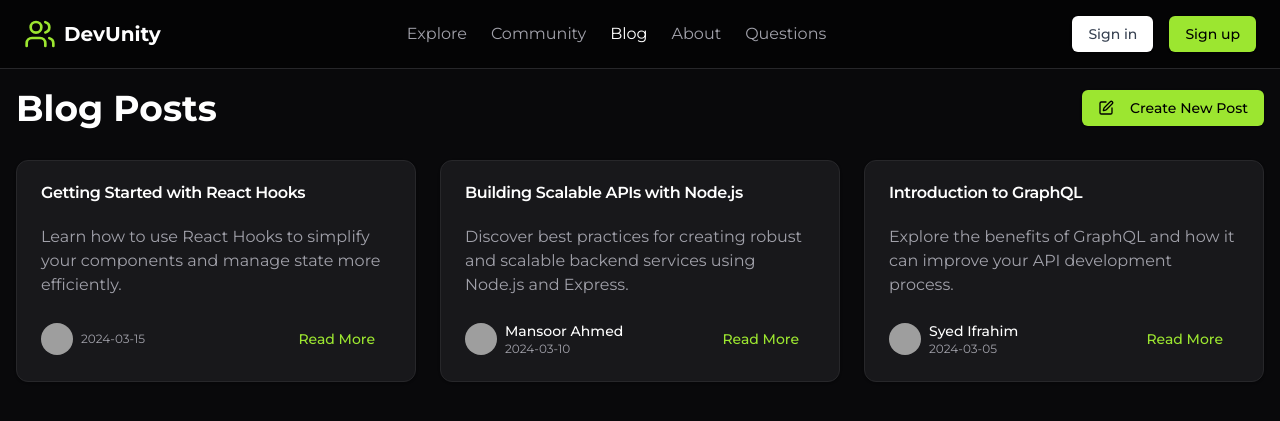
Repository: asadullah48/asadullahshafique_devunity
Page: /blogs
An editor plug-in stored every save of this project. The page is shown before and after the next save, followed by the edit.
The browser window is 1280 px wide. The pictures show the whole page.
Pictures or frames that could not be fetched are drawn as grey boxes. The project was rebuilt for these pictures with package versions that can differ from the ones it lists, and the page was loaded fresh each time. The framework's server and built-in components were replaced by stand-ins that run in the browser. Also part of the build but not shown: next.config.js, next.config.ts.

Above is the page before, as saved 2024-11-10 10:27:10.

### src/app/layout.tsx
import type { Metadata } from "next";
import "./globals.css";
import { Montserrat } from "next/font/google";
import Navbar from "@/components/Navbar";

const montserrat = Montserrat({ subsets: ["latin"] });

export const metadata: Metadata = {
  title: "DevUnity",
  description:
    "A collaborative platform for developers to share knowledge, answer questions, and publish blogs",
};

export default function RootLayout({
  children,
}: Readonly<{
  children: React.ReactNode;
}>) {
  return (
    <html lang="en">
      <body className={montserrat.className}>
        <Navbar />
        {children}
      </body>
    </html>
  );
}

### src/app/blogs/page.tsx
import Link from "next/link";
import { Button } from "@/components/ui/button";
import {
  Card,
  CardContent,
  CardFooter,
  CardHeader,
  CardTitle,
} from "@/components/ui/card";
import { Avatar, AvatarFallback, AvatarImage } from "@/components/ui/avatar";
import { PenSquare } from "lucide-react";

export default function BlogPage() {
  const blogPosts = [
    {
      title: "Getting Started with React Hooks",
      excerpt:
        "Learn how to use React Hooks to simplify your components and manage state more efficiently.",
      author: "",
      date: "2024-03-15",
      avatar: "/placeholder.svg?height=50&width=50",
    },
    {
      title: "Building Scalable APIs with Node.js",
      excerpt:
        "Discover best practices for creating robust and scalable backend services using Node.js and Express.",
      author: "Mansoor Ahmed",
      date: "2024-03-10",
      avatar: "/placeholder.svg?height=50&width=50",
    },
    {
      title: "Introduction to GraphQL",
      excerpt:
        "Explore the benefits of GraphQL and how it can improve your API development process.",
      author: "Syed Ifrahim ",
      date: "2024-03-05",
      avatar: "/placeholder.svg?height=50&width=50",
    },
  ];

  return (
    <div className="min-h-screen bg-zinc-950">
      <div className="container mx-auto px-4 py-8">
        <div className="flex justify-between items-center mb-8 mt-12 md:mt-14">
          <h1 className="text-2xl md:text-4xl font-bold text-white">
            Blog Posts
          </h1>
          <Button className="bg-[#9CE630] text-black hover:bg-[#8BD520]">
            <PenSquare className="mr-2 h-4 w-4" />
            Create New Post
          </Button>
        </div>
        <div className="grid gap-6 md:grid-cols-2 lg:grid-cols-3">
          {blogPosts.map((post, index) => (
            <Card key={index} className="bg-zinc-900 border-zinc-800">
              <CardHeader>
                <CardTitle className="text-white">{post.title}</CardTitle>
              </CardHeader>
              <CardContent>
                <p className="text-zinc-400">{post.excerpt}</p>
              </CardContent>
              <CardFooter className="flex justify-between items-center">
                <div className="flex items-center space-x-2">
                  <Avatar className="h-8 w-8">
                    <AvatarImage src={post.avatar} alt={post.author} />
                    <AvatarFallback>
                      {post.author
                        .split(" ")
                        .map((n) => n[0])
                        .join("")}
                    </AvatarFallback>
                  </Avatar>
                  <div>
                    <p className="text-sm font-medium text-white">
                      {post.author}
                    </p>
                    <p className="text-xs text-zinc-400">{post.date}</p>
                  </div>
                </div>
                <Button
                  variant="ghost"
                  className="text-[#9CE630] hover:text-[#8BD520] hover:bg-zinc-800"
                >
                  Read More
                </Button>
              </CardFooter>
            </Card>
          ))}
        </div>
      </div>
    </div>
  );
}

### src/app/globals.css
@tailwind base;
@tailwind components;
@tailwind utilities;
@layer base {
  :root {
    --background: 0 0% 100%;
    --foreground: 0 0% 3.9%;
    --card: 0 0% 100%;
    --card-foreground: 0 0% 3.9%;
    --popover: 0 0% 100%;
    --popover-foreground: 0 0% 3.9%;
    --primary: 0 0% 9%;
    --primary-foreground: 0 0% 98%;
    --secondary: 0 0% 96.1%;
    --secondary-foreground: 0 0% 9%;
    --muted: 0 0% 96.1%;
    --muted-foreground: 0 0% 45.1%;
    --accent: 0 0% 96.1%;
    --accent-foreground: 0 0% 9%;
    --destructive: 0 84.2% 60.2%;
    --destructive-foreground: 0 0% 98%;
    --border: 0 0% 89.8%;
    --input: 0 0% 89.8%;
    --ring: 0 0% 3.9%;
    --chart-1: 12 76% 61%;
    --chart-2: 173 58% 39%;
    --chart-3: 197 37% 24%;
    --chart-4: 43 74% 66%;
    --chart-5: 27 87% 67%;
    --radius: 0.5rem;
  }
  .dark {
    --background: 0 0% 3.9%;
    --foreground: 0 0% 98%;
    --card: 0 0% 3.9%;
    --card-foreground: 0 0% 98%;
    --popover: 0 0% 3.9%;
    --popover-foreground: 0 0% 98%;
    --primary: 0 0% 98%;
    --primary-foreground: 0 0% 9%;
    --secondary: 0 0% 14.9%;
    --secondary-foreground: 0 0% 98%;
    --muted: 0 0% 14.9%;
    --muted-foreground: 0 0% 63.9%;
    --accent: 0 0% 14.9%;
    --accent-foreground: 0 0% 98%;
    --destructive: 0 62.8% 30.6%;
    --destructive-foreground: 0 0% 98%;
    --border: 0 0% 14.9%;
    --input: 0 0% 14.9%;
    --ring: 0 0% 83.1%;
    --chart-1: 220 70% 50%;
    --chart-2: 160 60% 45%;
    --chart-3: 30 80% 55%;
    --chart-4: 280 65% 60%;
    --chart-5: 340 75% 55%;
  }
}
@layer base {
  * {
    @apply border-border;
  }
  body {
    @apply bg-background text-foreground;
  }
}

@keyframes fade-in-up {
  from {
    opacity: 0;
    transform: translateY(20px);
  }
  to {
    opacity: 1;
    transform: translateY(0);
  }
}

.animate-fade-in-up {
  animation: fade-in-up 1s ease-out;
}

.animation-delay-1000 {
  animation-delay: 1s;
}

### src/components/Navbar.tsx
// "use client";

// import React, { useState } from "react";
// import Link from "next/link";
// import { Button } from "@/components/ui/button";
// import { Users } from "lucide-react";
// import { CgMenuRight } from "react-icons/cg";
// import {
//   Sheet,
//   SheetContent,
//   SheetTitle,
//   SheetTrigger,
// } from "@/components/ui/sheet";
// import { usePathname } from "next/navigation";

// const Navbar = () => {
//   const [isOpen, setIsOpen] = useState(false);
//   const pathname = usePathname();

//   const closeSheet = () => setIsOpen(false);

//   return (
//     <nav className="border-b z-50 absolute w-full bg-black/50 border-zinc-800">
//       <div className="container mx-auto flex items-center justify-between p-4 lg:px-6">
//         <Link className="flex items-center space-x-2" href="/">
//           <Users className="h-8 w-8 text-[#9CE630]" />
//           <span className="text-xl font-bold text-white">DevUnity</span>
//         </Link>
//         <div className="hidden lg:flex items-center space-x-6">
//           <Link className="text-zinc-400 hover:text-white" href="/explore">
//             Explore
//           </Link>
//           <Link className="text-zinc-400 hover:text-white" href="/community">
//             Community
//           </Link>
//           <Link className="text-zinc-400 hover:text-white" href="/blogs">
//             Blog
//           </Link>
//           <Link className="text-zinc-400 hover:text-white" href="/about">
//             About
//           </Link>
//           <Link className="text-zinc-400 hover:text-white" href="/question">
//             Questions
//           </Link>
//         </div>
//         <div className="flex items-center space-x-4">
//           <Button className="text-gray-700 hover:text-black bg-white hover:bg-white/80 ">
//             Sign in
//           </Button>
//           <Button className="bg-[#9CE630] text-black hover:bg-[#8BD520] hidden lg:block">
//             Sign up
//           </Button>
//           <Sheet open={isOpen} onOpenChange={setIsOpen}>
//             <SheetTrigger asChild className="lg:hidden">
//               <CgMenuRight className="h-6 w-6 text-white" />
//             </SheetTrigger>
//             <SheetContent
//               side="right"
//               className="w-[300px] sm:w-[400px] bg-zinc-900 border-none"
//             >
//               <Link href="/" onClick={closeSheet}>
//                 <SheetTitle className="text-bold text-white flex items-center">
//                   <Users className="mr-2 text-[#9CE630]" />
//                   DevUnity
//                 </SheetTitle>
//               </Link>
//               <nav className="flex flex-col space-y-4 mt-8">
//                 <Link
//                   className="text-zinc-400 hover:text-white"
//                   href="/explore"
//                   onClick={closeSheet}
//                 >
//                   Explore
//                 </Link>
//                 <Link
//                   className="text-zinc-400 hover:text-white"
//                   href="/community"
//                   onClick={closeSheet}
//                 >
//                   Community
//                 </Link>
//                 <Link
//                   className="text-zinc-400 hover:text-white"
//                   href="/blogs"
//                   onClick={closeSheet}
//                 >
//                   Blog
//                 </Link>
//                 <Link
//                   className="text-zinc-400 hover:text-white"
//                   href="/about"
//                   onClick={closeSheet}
//                 >
//                   About
//                 </Link>
//                 <Link
//                   className="text-zinc-400 hover:text-white"
//                   href="/question"
//                   onClick={closeSheet}
//                 >
//                   Questions
//                 </Link>
//                 <Button
//                   className="bg-[#9CE630] text-black hover:bg-[#8BD520] w-full mt-4"
//                   onClick={closeSheet}
//                 >
//                   Sign up
//                 </Button>
//               </nav>
//             </SheetContent>
//           </Sheet>
//         </div>
//       </div>
//     </nav>
//   );
// };

// export default Navbar;

"use client";

import React, { useState } from "react";
import Link from "next/link";
import { Button } from "@/components/ui/button";
import { Users } from "lucide-react";
import { CgMenuRight } from "react-icons/cg";
import {
  Sheet,
  SheetContent,
  SheetTitle,
  SheetTrigger,
} from "@/components/ui/sheet";
import { usePathname } from "next/navigation";

const Navbar = () => {
  const [isOpen, setIsOpen] = useState(false);
  const pathname = usePathname(); // Get the current path

  const closeSheet = () => setIsOpen(false);

  // Function to set active class based on path
  const linkClasses = (path: any) =>
    pathname === path ? "text-white" : "text-zinc-400 hover:text-white";

  return (
    <nav className="border-b z-50 absolute w-full bg-black/50 border-zinc-800">
      <div className="container mx-auto flex items-center justify-between p-4 lg:px-6">
        <Link className="flex items-center space-x-2" href="/">
          <Users className="h-8 w-8 text-[#9CE630]" />
          <span className="text-xl font-bold text-white">DevUnity</span>
        </Link>
        <div className="hidden lg:flex items-center space-x-6">
          <Link className={linkClasses("/explore")} href="/explore">
            Explore
          </Link>
          <Link className={linkClasses("/community")} href="/community">
            Community
          </Link>
          <Link className={linkClasses("/blogs")} href="/blogs">
            Blog
          </Link>
          <Link className={linkClasses("/about")} href="/about">
            About
          </Link>
          <Link className={linkClasses("/question")} href="/question">
            Questions
          </Link>
        </div>
        <div className="flex items-center space-x-4">
          <Button className="text-gray-700 hover:text-black bg-white hover:bg-white/80 ">
            Sign in
          </Button>
          <Button className="bg-[#9CE630] text-black hover:bg-[#8BD520] hidden lg:block">
            Sign up
          </Button>
          <Sheet open={isOpen} onOpenChange={setIsOpen}>
            <SheetTrigger asChild className="lg:hidden">
              <CgMenuRight className="h-6 w-6 text-white" />
            </SheetTrigger>
            <SheetContent
              side="right"
              className="w-[300px] sm:w-[400px] bg-zinc-900 border-none"
            >
              <Link href="/" onClick={closeSheet}>
                <SheetTitle className="text-bold text-white flex items-center">
                  <Users className="mr-2 text-[#9CE630]" />
                  DevUnity
                </SheetTitle>
              </Link>
              <nav className="flex flex-col space-y-4 mt-8">
                <Link
                  className={linkClasses("/explore")}
                  href="/explore"
                  onClick={closeSheet}
                >
                  Explore
                </Link>
                <Link
                  className={linkClasses("/community")}
                  href="/community"
                  onClick={closeSheet}
                >
                  Community
                </Link>
                <Link
                  className={linkClasses("/blogs")}
                  href="/blogs"
                  onClick={closeSheet}
                >
                  Blog
                </Link>
                <Link
                  className={linkClasses("/about")}
                  href="/about"
                  onClick={closeSheet}
                >
                  About
                </Link>
                <Link
                  className={linkClasses("/question")}
                  href="/question"
                  onClick={closeSheet}
                >
                  Questions
                </Link>
                <Button
                  className="bg-[#9CE630] text-black hover:bg-[#8BD520] w-full mt-4"
                  onClick={closeSheet}
                >
                  Sign up
                </Button>
              </nav>
            </SheetContent>
          </Sheet>
        </div>
      </div>
    </nav>
  );
};

export default Navbar;

### src/components/ui/button.tsx
import * as React from "react"
import { Slot } from "@radix-ui/react-slot"
import { cva, type VariantProps } from "class-variance-authority"

import { cn } from "@/lib/utils"

const buttonVariants = cva(
  "inline-flex items-center justify-center gap-2 whitespace-nowrap rounded-md text-sm font-medium transition-colors focus-visible:outline-none focus-visible:ring-1 focus-visible:ring-ring disabled:pointer-events-none disabled:opacity-50 [&_svg]:pointer-events-none [&_svg]:size-4 [&_svg]:shrink-0",
  {
    variants: {
      variant: {
        default:
          "bg-primary text-primary-foreground shadow hover:bg-primary/90",
        destructive:
          "bg-destructive text-destructive-foreground shadow-sm hover:bg-destructive/90",
        outline:
          "border border-input bg-background shadow-sm hover:bg-accent hover:text-accent-foreground",
        secondary:
          "bg-secondary text-secondary-foreground shadow-sm hover:bg-secondary/80",
        ghost: "hover:bg-accent hover:text-accent-foreground",
        link: "text-primary underline-offset-4 hover:underline",
      },
      size: {
        default: "h-9 px-4 py-2",
        sm: "h-8 rounded-md px-3 text-xs",
        lg: "h-10 rounded-md px-8",
        icon: "h-9 w-9",
      },
    },
    defaultVariants: {
      variant: "default",
      size: "default",
    },
  }
)

export interface ButtonProps
  extends React.ButtonHTMLAttributes<HTMLButtonElement>,
    VariantProps<typeof buttonVariants> {
  asChild?: boolean
}

const Button = React.forwardRef<HTMLButtonElement, ButtonProps>(
  ({ className, variant, size, asChild = false, ...props }, ref) => {
    const Comp = asChild ? Slot : "button"
    return (
      <Comp
        className={cn(buttonVariants({ variant, size, className }))}
        ref={ref}
        {...props}
      />
    )
  }
)
Button.displayName = "Button"

export { Button, buttonVariants }

### src/components/ui/card.tsx
import * as React from "react"

import { cn } from "@/lib/utils"

const Card = React.forwardRef<
  HTMLDivElement,
  React.HTMLAttributes<HTMLDivElement>
>(({ className, ...props }, ref) => (
  <div
    ref={ref}
    className={cn(
      "rounded-xl border bg-card text-card-foreground shadow",
      className
    )}
    {...props}
  />
))
Card.displayName = "Card"

const CardHeader = React.forwardRef<
  HTMLDivElement,
  React.HTMLAttributes<HTMLDivElement>
>(({ className, ...props }, ref) => (
  <div
    ref={ref}
    className={cn("flex flex-col space-y-1.5 p-6", className)}
    {...props}
  />
))
CardHeader.displayName = "CardHeader"

const CardTitle = React.forwardRef<
  HTMLDivElement,
  React.HTMLAttributes<HTMLDivElement>
>(({ className, ...props }, ref) => (
  <div
    ref={ref}
    className={cn("font-semibold leading-none tracking-tight", className)}
    {...props}
  />
))
CardTitle.displayName = "CardTitle"

const CardDescription = React.forwardRef<
  HTMLDivElement,
  React.HTMLAttributes<HTMLDivElement>
>(({ className, ...props }, ref) => (
  <div
    ref={ref}
    className={cn("text-sm text-muted-foreground", className)}
    {...props}
  />
))
CardDescription.displayName = "CardDescription"

const CardContent = React.forwardRef<
  HTMLDivElement,
  React.HTMLAttributes<HTMLDivElement>
>(({ className, ...props }, ref) => (
  <div ref={ref} className={cn("p-6 pt-0", className)} {...props} />
))
CardContent.displayName = "CardContent"

const CardFooter = React.forwardRef<
  HTMLDivElement,
  React.HTMLAttributes<HTMLDivElement>
>(({ className, ...props }, ref) => (
  <div
    ref={ref}
    className={cn("flex items-center p-6 pt-0", className)}
    {...props}
  />
))
CardFooter.displayName = "CardFooter"

export { Card, CardHeader, CardFooter, CardTitle, CardDescription, CardContent }

### src/components/ui/avatar.tsx
"use client"

import * as React from "react"
import * as AvatarPrimitive from "@radix-ui/react-avatar"

import { cn } from "@/lib/utils"

const Avatar = React.forwardRef<
  React.ElementRef<typeof AvatarPrimitive.Root>,
  React.ComponentPropsWithoutRef<typeof AvatarPrimitive.Root>
>(({ className, ...props }, ref) => (
  <AvatarPrimitive.Root
    ref={ref}
    className={cn(
      "relative flex h-10 w-10 shrink-0 overflow-hidden rounded-full",
      className
    )}
    {...props}
  />
))
Avatar.displayName = AvatarPrimitive.Root.displayName

const AvatarImage = React.forwardRef<
  React.ElementRef<typeof AvatarPrimitive.Image>,
  React.ComponentPropsWithoutRef<typeof AvatarPrimitive.Image>
>(({ className, ...props }, ref) => (
  <AvatarPrimitive.Image
    ref={ref}
    className={cn("aspect-square h-full w-full", className)}
    {...props}
  />
))
AvatarImage.displayName = AvatarPrimitive.Image.displayName

const AvatarFallback = React.forwardRef<
  React.ElementRef<typeof AvatarPrimitive.Fallback>,
  React.ComponentPropsWithoutRef<typeof AvatarPrimitive.Fallback>
>(({ className, ...props }, ref) => (
  <AvatarPrimitive.Fallback
    ref={ref}
    className={cn(
      "flex h-full w-full items-center justify-center rounded-full bg-muted",
      className
    )}
    {...props}
  />
))
AvatarFallback.displayName = AvatarPrimitive.Fallback.displayName

export { Avatar, AvatarImage, AvatarFallback }

### src/components/ui/sheet.tsx
"use client"

import * as React from "react"
import * as SheetPrimitive from "@radix-ui/react-dialog"
import { cva, type VariantProps } from "class-variance-authority"
import { X } from "lucide-react"

import { cn } from "@/lib/utils"

const Sheet = SheetPrimitive.Root

const SheetTrigger = SheetPrimitive.Trigger

const SheetClose = SheetPrimitive.Close

const SheetPortal = SheetPrimitive.Portal

const SheetOverlay = React.forwardRef<
  React.ElementRef<typeof SheetPrimitive.Overlay>,
  React.ComponentPropsWithoutRef<typeof SheetPrimitive.Overlay>
>(({ className, ...props }, ref) => (
  <SheetPrimitive.Overlay
    className={cn(
      "fixed inset-0 z-50 bg-black/80  data-[state=open]:animate-in data-[state=closed]:animate-out data-[state=closed]:fade-out-0 data-[state=open]:fade-in-0",
      className
    )}
    {...props}
    ref={ref}
  />
))
SheetOverlay.displayName = SheetPrimitive.Overlay.displayName

const sheetVariants = cva(
  "fixed z-50 gap-4 bg-background p-6 shadow-lg transition ease-in-out data-[state=closed]:duration-300 data-[state=open]:duration-500 data-[state=open]:animate-in data-[state=closed]:animate-out",
  {
    variants: {
      side: {
        top: "inset-x-0 top-0 border-b data-[state=closed]:slide-out-to-top data-[state=open]:slide-in-from-top",
        bottom:
          "inset-x-0 bottom-0 border-t data-[state=closed]:slide-out-to-bottom data-[state=open]:slide-in-from-bottom",
        left: "inset-y-0 left-0 h-full w-3/4 border-r data-[state=closed]:slide-out-to-left data-[state=open]:slide-in-from-left sm:max-w-sm",
        right:
          "inset-y-0 right-0 h-full w-3/4 border-l data-[state=closed]:slide-out-to-right data-[state=open]:slide-in-from-right sm:max-w-sm",
      },
    },
    defaultVariants: {
      side: "right",
    },
  }
)

interface SheetContentProps
  extends React.ComponentPropsWithoutRef<typeof SheetPrimitive.Content>,
    VariantProps<typeof sheetVariants> {}

const SheetContent = React.forwardRef<
  React.ElementRef<typeof SheetPrimitive.Content>,
  SheetContentProps
>(({ side = "right", className, children, ...props }, ref) => (
  <SheetPortal>
    <SheetOverlay />
    <SheetPrimitive.Content
      ref={ref}
      className={cn(sheetVariants({ side }), className)}
      {...props}
    >
      <SheetPrimitive.Close className="absolute right-4 top-4 rounded-sm opacity-70 ring-offset-background transition-opacity hover:opacity-100 focus:outline-none focus:ring-2 focus:ring-ring focus:ring-offset-2 disabled:pointer-events-none data-[state=open]:bg-secondary">
        <X className="h-4 w-4" />
        <span className="sr-only">Close</span>
      </SheetPrimitive.Close>
      {children}
    </SheetPrimitive.Content>
  </SheetPortal>
))
SheetContent.displayName = SheetPrimitive.Content.displayName

const SheetHeader = ({
  className,
  ...props
}: React.HTMLAttributes<HTMLDivElement>) => (
  <div
    className={cn(
      "flex flex-col space-y-2 text-center sm:text-left",
      className
    )}
    {...props}
  />
)
SheetHeader.displayName = "SheetHeader"

const SheetFooter = ({
  className,
  ...props
}: React.HTMLAttributes<HTMLDivElement>) => (
  <div
    className={cn(
      "flex flex-col-reverse sm:flex-row sm:justify-end sm:space-x-2",
      className
    )}
    {...props}
  />
)
SheetFooter.displayName = "SheetFooter"

const SheetTitle = React.forwardRef<
  React.ElementRef<typeof SheetPrimitive.Title>,
  React.ComponentPropsWithoutRef<typeof SheetPrimitive.Title>
>(({ className, ...props }, ref) => (
  <SheetPrimitive.Title
    ref={ref}
    className={cn("text-lg font-semibold text-foreground", className)}
    {...props}
  />
))
SheetTitle.displayName = SheetPrimitive.Title.displayName

const SheetDescription = React.forwardRef<
  React.ElementRef<typeof SheetPrimitive.Description>,
  React.ComponentPropsWithoutRef<typeof SheetPrimitive.Description>
>(({ className, ...props }, ref) => (
  <SheetPrimitive.Description
    ref={ref}
    className={cn("text-sm text-muted-foreground", className)}
    {...props}
  />
))
SheetDescription.displayName = SheetPrimitive.Description.displayName

export {
  Sheet,
  SheetPortal,
  SheetOverlay,
  SheetTrigger,
  SheetClose,
  SheetContent,
  SheetHeader,
  SheetFooter,
  SheetTitle,
  SheetDescription,
}

Loaded but not shown: src/lib/utils.ts (common file); tailwind.config.ts (common file)

After the next save:
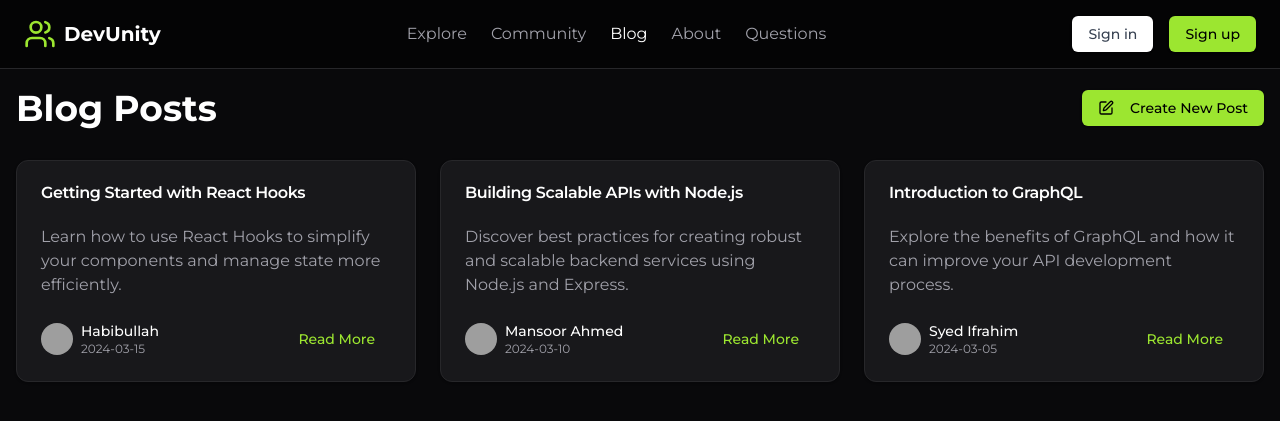
Saved 5 s later.
--- a/src/app/blogs/page.tsx
+++ b/src/app/blogs/page.tsx
@@ -16,7 +16,7 @@ export default function BlogPage() {
       title: "Getting Started with React Hooks",
       excerpt:
         "Learn how to use React Hooks to simplify your components and manage state more efficiently.",
-      author: "",
+      author: "Habibullah",
       date: "2024-03-15",
       avatar: "/placeholder.svg?height=50&width=50",
     },
